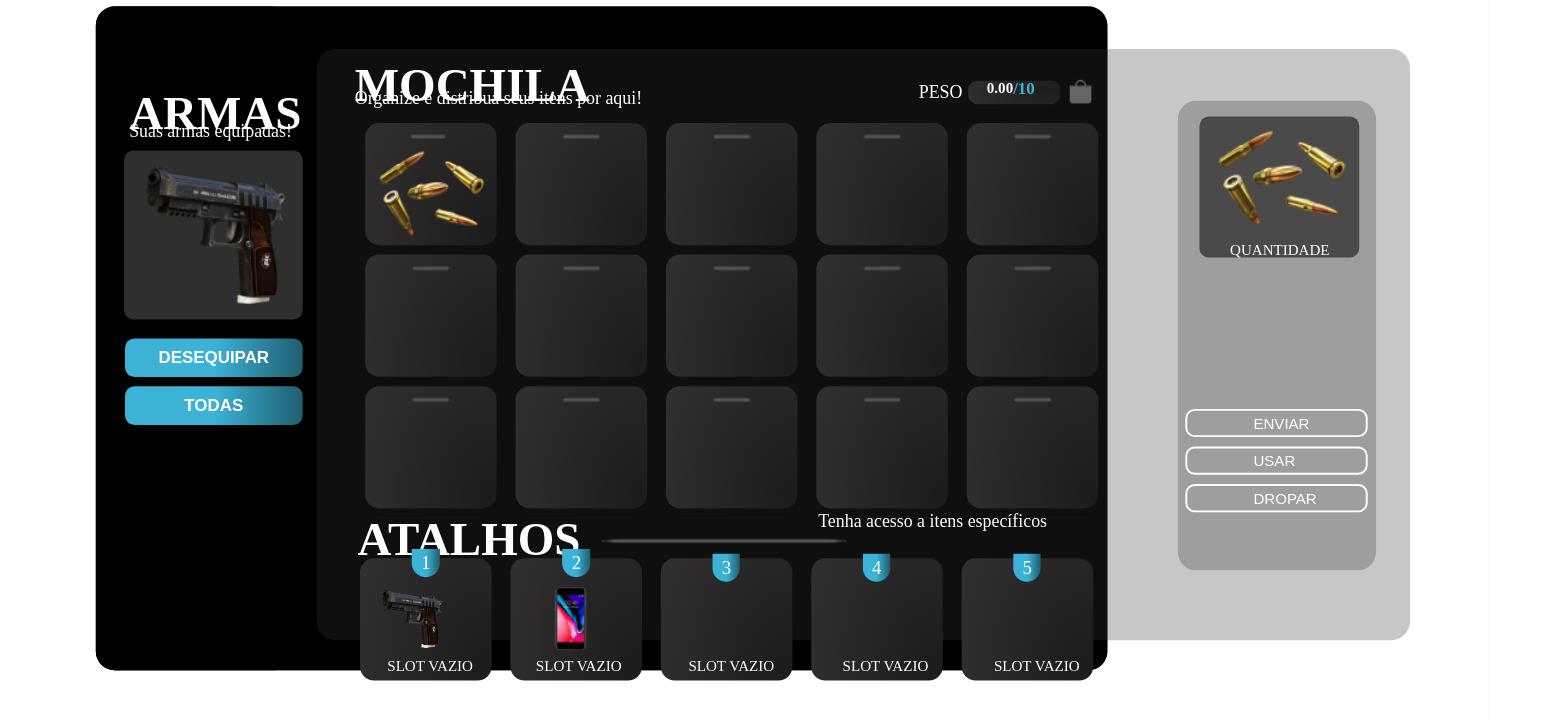
Repository: DuMCorrea/Mochila
Page: index.html
An editor plug-in stored every save of this project. The page is shown before and after a run of saves, followed by the edit.
The browser window is 1280 px wide. The page is 1660 px wide, so the pictures cover 1660 px, including what lies to the right of the window. The pictures show the whole page, at 94% of full size.
An inner scrolling area shows only its first screen. Some web fonts or font styles are not loaded; a fallback is used.

Above is the page before, as saved 2024-09-06 11:42:24.

After the next 2 saves:
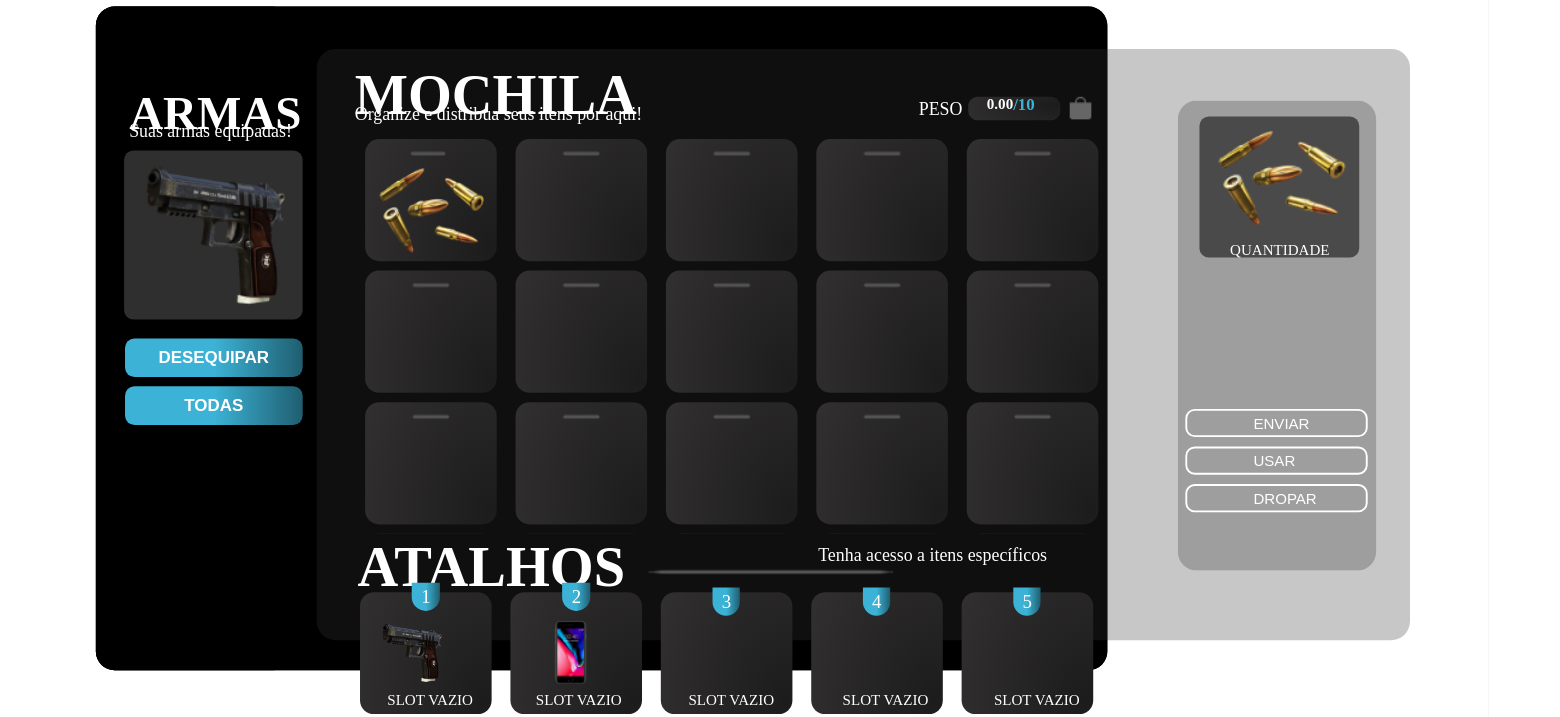
The 2 saves are shown as one change because they came seconds apart.
The last was saved 81 s later.
--- a/styles.css
+++ b/styles.css
@@ -154,7 +154,7 @@ body, html {
 
 .right-div h1 {
     color: white; /* Cor branca para o título */
-    font-size: 50px; /* Tamanho da fonte do título */
+    font-size: 60px; /* Tamanho da fonte do título */
     margin-bottom: -20px; /* Espaçamento negativo para aproximar o parágrafo */
     font-weight: 900;
     width: 100%; /* Para garantir que a justificação funcione */
